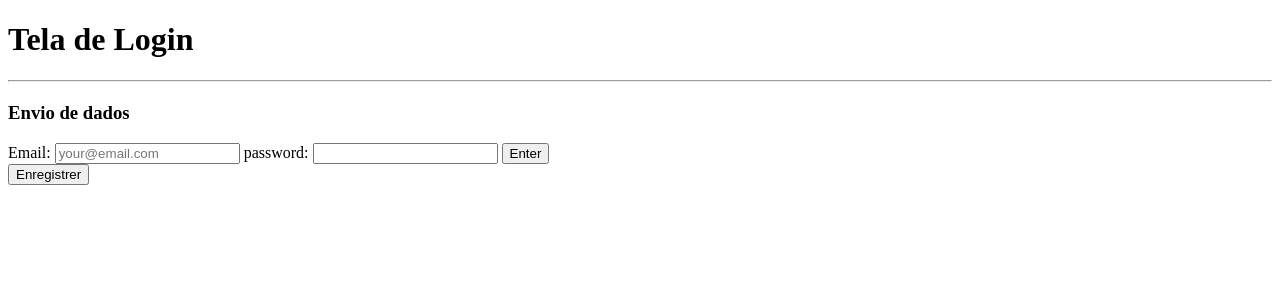
Repository: MarcioFreitasUFSC21/FrontEnd-part-1
Page: index.html
These files come from the project's save history. The page is drawn as it stood at one moment and after a run of saves; the edit follows.
The browser window is 1280 px wide. The pictures show the whole page.

Above is the page before, as saved 2023-04-22 19:33:39.

### index.html
<!DOCTYPE html>
<html lang="pt-br>
<head>
    <meta charset="UTF-8">
    <meta http-equiv="X-UA-Compatible" content="IE=edge">
    <meta name="viewport" content="width=device-width, initial-scale=1.0">
    <title>Controle Gastos</title>
</head>
<body>
    <h1> Tela de Login </h1>
    <hr>
    <form action = "example.html">
        <div>
            <h2>
                <h3> Envio de dados</h3>
                <label type = "email"> Email: </label> <input type = "email" placeholder="your@email.com" ></input>
                <label type = "password"> password: </label> <input type = "password"> </input>
                <button type = "button" action = "save" onclick="alert('exemple')"> Enter</button><br>
                <button type = "button">Enregistrer</button>
            </h2>
        </div>
    </form>
</body>
</html>

After the next 2 saves:
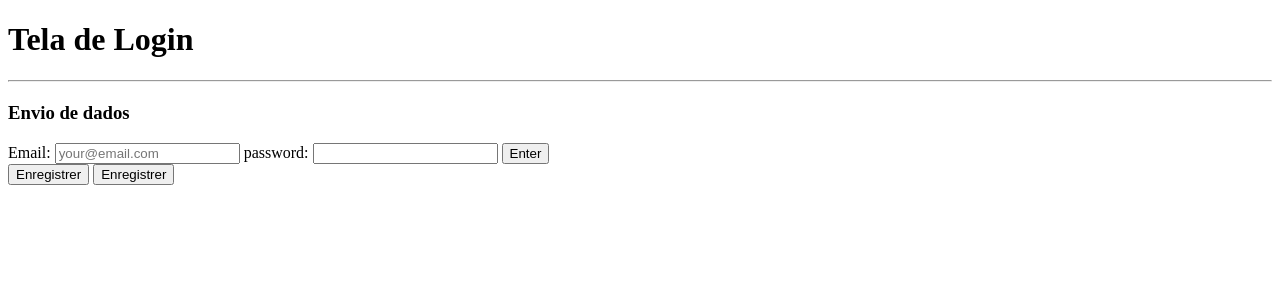
The 2 saves are shown as one change because they came seconds apart.
The last was saved 31 s later.
--- a/index.html
+++ b/index.html
@@ -17,6 +17,7 @@
                 <label type = "password"> password: </label> <input type = "password"> </input>
                 <button type = "button" action = "save" onclick="alert('exemple')"> Enter</button><br>
                 <button type = "button">Enregistrer</button>
+                <button type = "button">Enregistrer</button>
             </h2>
         </div>
     </form>
